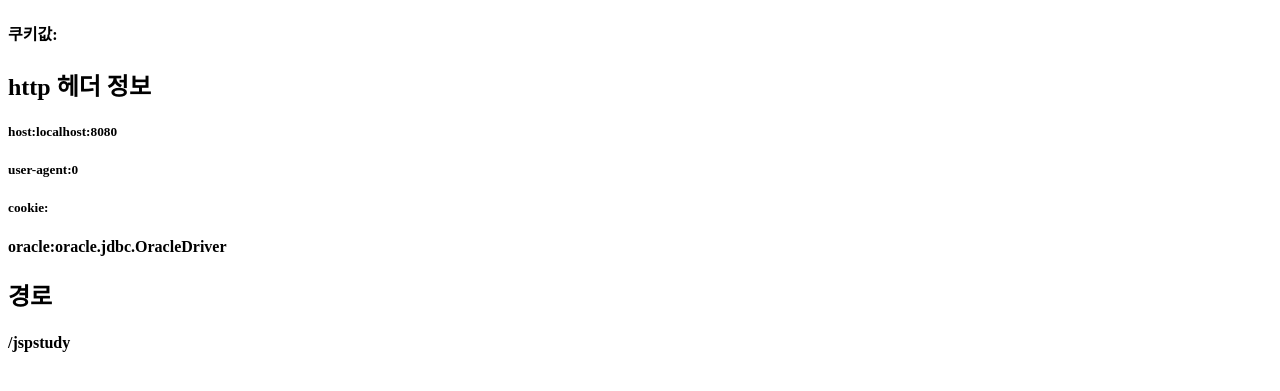
Repository: hyojinx/JspStudy
Page: http://localhost/jspstudy/10EL/OtherImpObj.jsp
The author's editor kept a copy of each file at every save. The page is drawn from the files as they stood at one save, then again after the next save.
The browser window is 1280 px wide. The pictures show the whole page.
The page is served by Tomcat 9. Other server files are loaded and not shown.

Above is the page before, as saved 2023-04-07 08:03:11.

### jspstudy/src/main/webapp/10EL/OtherImpObj.jsp
<%@ page language="java" contentType="text/html; charset=UTF-8"
    pageEncoding="UTF-8"%>
<%@ page import="utils.ManageCookie" %>
<%
	ManageCookie.makeCookie(response, "ELCookie", "EL사용", 10);
%>
<!DOCTYPE html>
<html>
<head>
<meta charset="UTF-8">
<title>기타 내장객체</title>
</head>
<body>
	<h4>쿠키값:${cookie.ELCookie.value}</h4>

	<h2>http 헤더 정보</h2>
	<h5>host:${header.host}</h5>
	<h5>user-agent:${header.user-agent}</h5>
	<h5>cookie:${header.cookie}</h5>

	<h4>oracle:${initParam.OracleDriver}</h4>
	<h2>경로</h2>
	<h4>${pageContext.request.contextPath}</h4>
</body>
</html>

### jspstudy/src/main/java/utils/ManageCookie.java
package utils;

import javax.servlet.http.Cookie;
import javax.servlet.http.HttpServletRequest;
import javax.servlet.http.HttpServletResponse;

public class ManageCookie{
	//쿠키 생성
	public static void makeCookie(HttpServletResponse response,
			String cName,String cValue, int cTime) {

		Cookie cookie=new Cookie("popupMode","off");
		cookie.setPath("/");
		cookie.setMaxAge(cTime);
		response.addCookie(cookie);

	}

	//쿠키값 읽기(반환)
	public static String readCookie(HttpServletRequest request,String cName) {
		String cookieValueString="";
		Cookie[] cookies = request.getCookies(); //요청 헤더에서 모든 쿠키를 얻기
		if(cookies!=null){
			for(Cookie c : cookies){
				String cookieName = c.getName();
				if(cookieName.equals(cName)) {
					cookieValueString=c.getValue();

				}
			}
		}
		return cookieValueString;
	}

	//쿠키를 삭제
	public static void deleteCookie(HttpServletResponse response,String cName) {
		makeCookie(response, cName,"",0);
	}

}

After the next save:
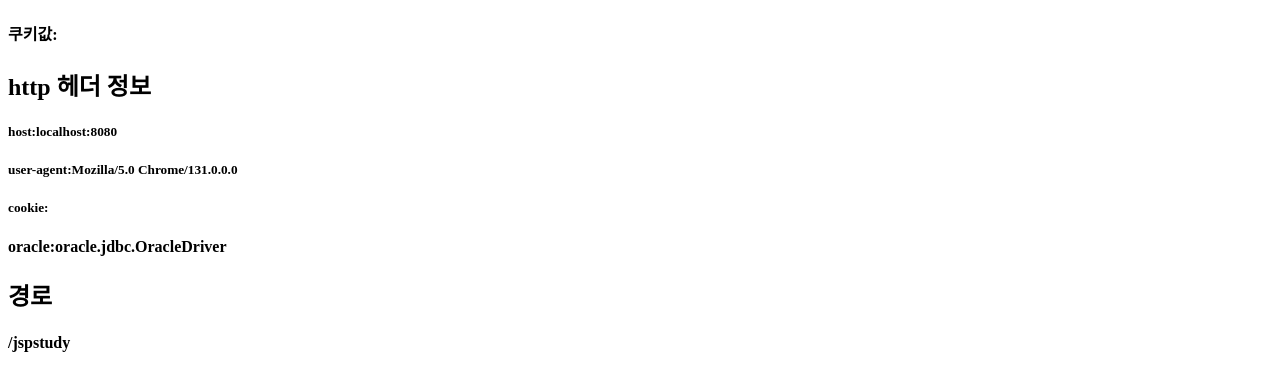
Saved 2 min 4 s later.
--- a/jspstudy/src/main/webapp/10EL/OtherImpObj.jsp
+++ b/jspstudy/src/main/webapp/10EL/OtherImpObj.jsp
@@ -15,7 +15,7 @@
 
 	<h2>http 헤더 정보</h2>
 	<h5>host:${header.host}</h5>
-	<h5>user-agent:${header.user-agent}</h5>
+	<h5>user-agent:${header['user-agent']}</h5>
 	<h5>cookie:${header.cookie}</h5>
 
 	<h4>oracle:${initParam.OracleDriver}</h4>
